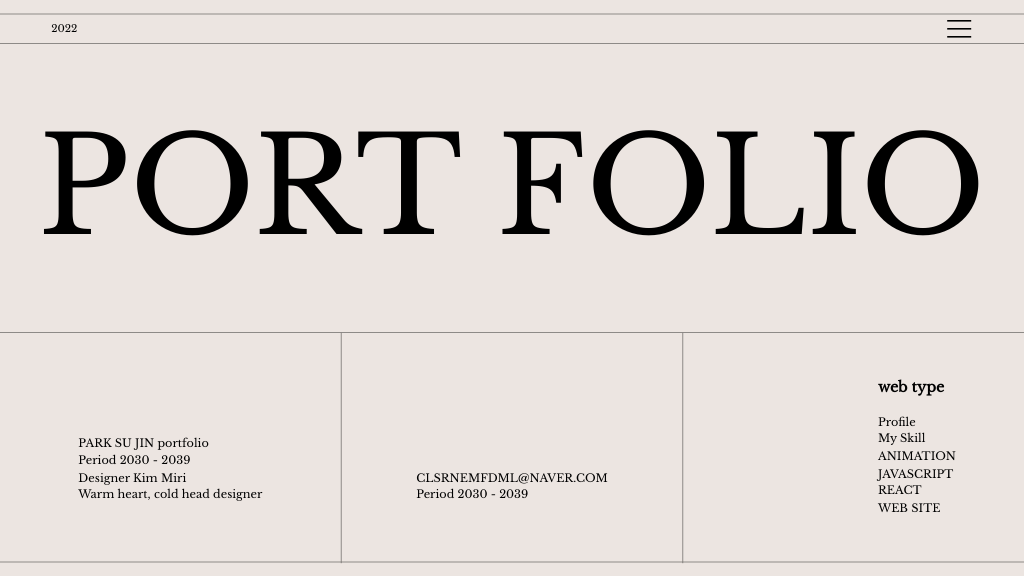
Repository: clsrnemfdml/portfolio_parksj_versiton1
Page: index.html
These files come from the project's save history. The page is drawn as it stood at one moment and after a run of saves; the edit follows.
The browser window is 1280 px wide. The pictures show the whole page, at 80% of full size.

Above is the page before, as saved 2021-09-07 08:00:04.

After the next 2 saves:
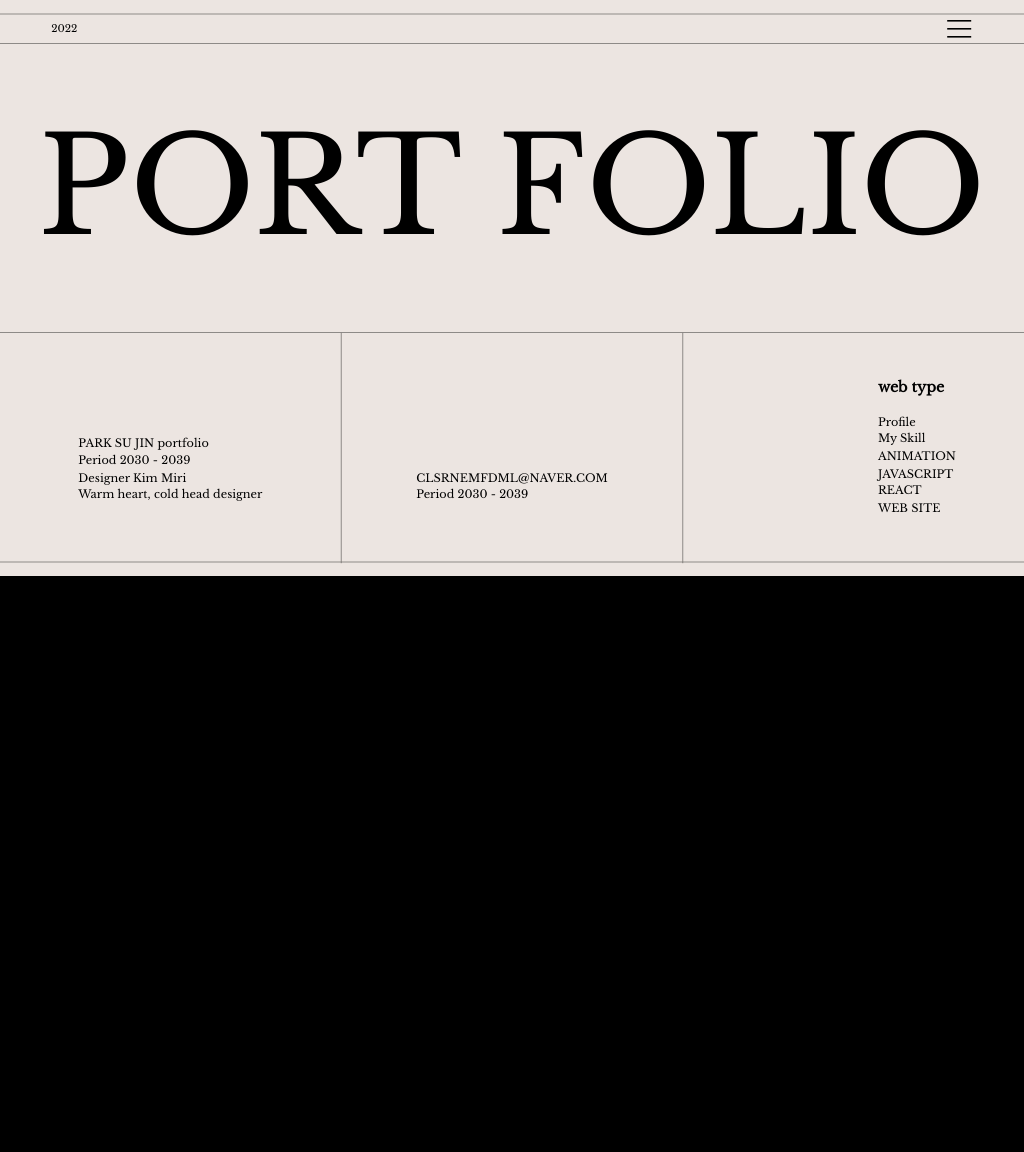
The 2 saves are shown as one change because they came seconds apart.
The last was saved 7 s later.
--- a/css/index.css
+++ b/css/index.css
@@ -146,4 +146,4 @@
 
 
     /* 클릭메뉴 */
-    .clickMenu{width: 100%; height: 100%; background-color: black;}
+    .clickMenu{width: 100%; height: 100%; background-color: black; position: absolute; z-index: 888;}
